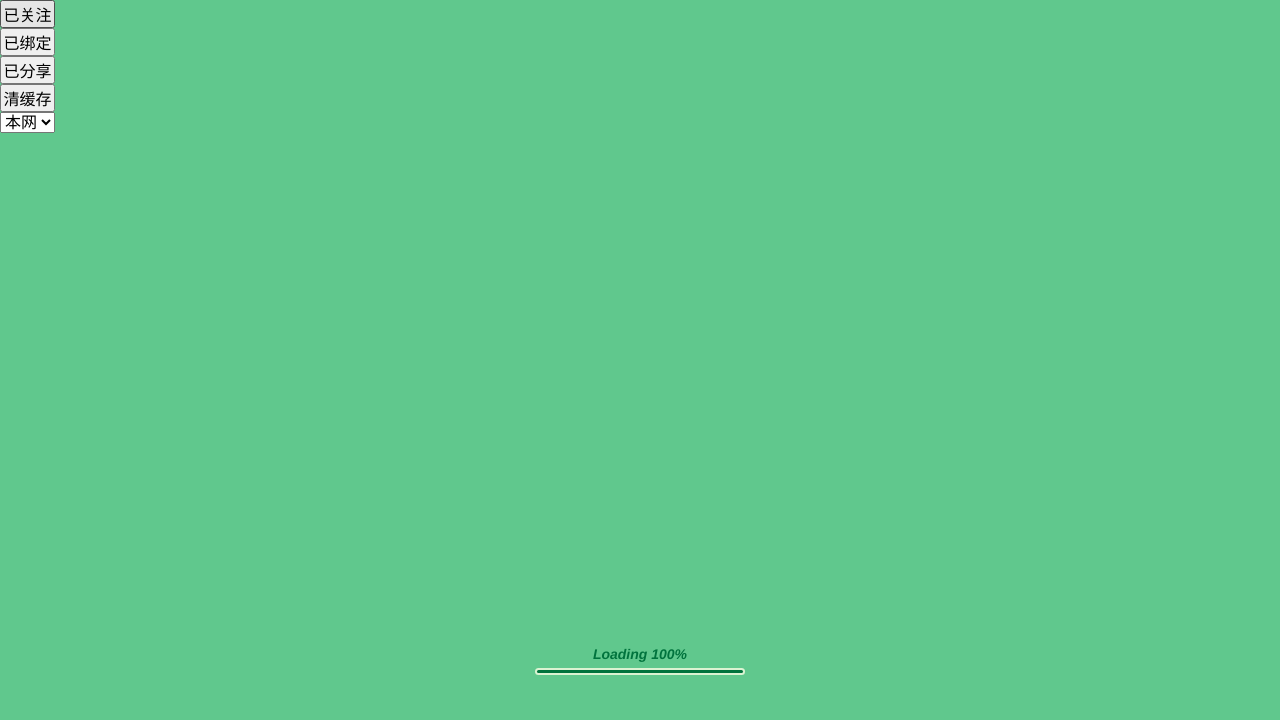
Repository: wangbiaozy/tq
Page: index.html
An editor plug-in stored every save of this project. The page is shown before and after the next save, followed by the edit.
The browser window is 1280 px wide. The pictures show the whole page.
The style sheet was rebuilt from its Sass, Less or Tailwind sources for each picture, by a compiler version that may differ from the author's.

Above is the page before, as saved 2019-03-20 16:03:53.

### index.html
<!DOCTYPE html>
<html>

<head>
    <meta http-equiv="Content-Type" content="text/html; charset=utf-8" />
    <meta name="viewport" content="width=device-width,minimum-scale=1.0,maximum-scale=1.0,user-scalable=no" />
    <meta http-equiv="Cache-Control" content="no-siteapp" />
    <meta name="apple-mobile-web-app-capable" content="yes">
    <meta name="apple-mobile-web-app-status-bar-style" content="black">
    <meta name="format-detection" content="telephone=no" />
    <title>踏青</title>
    <link rel="stylesheet" href="css/reset.min.css">
    <link rel="stylesheet" href="css/swiper.min.css">
    <link rel="stylesheet" href="css/style.css">
    <script src="js/jquery-1.10.1.min.js"></script>
    <script src="js/imgLoader.js"></script>
    <script src="js/swiper.min.js"></script>
    <script>
        imgLoader([
            'images/bottom_bg.png',
            'images/btn_fri.png',
            'images/btn_jn.png',
            'images/btn_look.png',
            'images/btn_nothing.png',
            'images/con_bg.png',
            'images/default.jpg',
            'images/erweima_bg_01.png',
            'images/erweima_bg_02.png',
            'images/erweima.jpg',
            'images/feiliao.png',
            'images/fl.png',
            'images/fl_0.png',
            'images/flower_0.png',
            'images/flower_1.png',
            'images/flower_2.png',
            'images/flower_3.png',
            'images/flower_4.png',
            'images/flower_5.png',
            'images/flower_6.png',
            'images/flower_end_1.png',
            'images/flower_end_2.png',
            'images/flower_end_3.png',
            'images/flower_end_4.png',
            'images/flower_end_5.png',
            'images/flower_end_6.png',
            'images/flower_fir.png',
            'images/flower_sec.png',
            'images/flower_tc_1.png',
            'images/flower_tc_2.png',
            'images/flower_tc_3.png',
            'images/flower_tc_4.png',
            'images/flower_tc_5.png',
            'images/flower_tc_6.png',
            'images/flower.png',
            'images/fri_default.png',
            'images/fri_fl.png',
            'images/fri_sh.png',
            'images/fri_tc.png',
            'images/fri_text_box.png',
            'images/fri_yg.png',
            'images/gift_list.png',
            'images/gift_title.png',
            'images/main_bg_01.png',
            'images/main_bg_02.png',
            'images/main_bg_03.png',
            'images/main_flower.png',
            'images/mess_off.png',
            'images/mess_on.png',
            'images/mess_tc.png',
            'images/method_bg_01.png',
            'images/method_bg_02.png',
            'images/method_bg_03.png',
            'images/method_bg_04.png',
            'images/method_bg_05.png',
            'images/rule_box.png',
            'images/rule_btn.png',
            'images/sh.png',
            'images/sh_0.png',
            'images/share.png',
            'images/shou.png',
            'images/shuihu.png',
            'images/start_btn.png',
            'images/sun.png',
            'images/tc_0_bg.png',
            'images/tc_2_bg.png',
            'images/tc_banner.png',
            'images/tc_firbg.png',
            'images/title_hy.png',
            'images/top_bg_01.png',
            'images/top_bg_02.png',
            'images/yg.png',
            'images/yg_0.png',
            'images/zhongzi.png'
        ], function (percentage) {
            var percentT = percentage * 100;
            $('.loader_info').html('Loading ' + (parseInt(percentT)) + '%');
            $('.loader_progress')[0].style.width = percentT + '%';
            if (percentage == 1) {
                /* $('.loader').remove();
                $('#begin').show(); */
            }
        });
    </script>
</head>
<body>
    <!-- 测试 -->
    <div style="position:absolute;z-index: 999999;color:red;    display: flex;
        flex-direction:column;">

        <button class="ljgz" style="font-size:16px">已关注</button>
        <button class="jb_mobile" style="font-size:16px">已绑定</button>
        <button class="li_share" style="font-size:16px">已分享</button>
        <button class="qing" style="font-size:16px">清缓存</button>
        <select class="select_wang" style="font-size:16px;">
            <option value="0">本网</option>
            <option value="1">异网</option>
        </select>
    </div>
    <!--loading-->
    <section class="loader">
        <div class="loader_info"></div>
        <div>
            <div class="loader_progress"></div>
        </div>
    </section>
    <!--首页  -->
    <section class="page" id='begin'>
        <div>
            <a href="javascript:void(0);" class="rule"></a>
        </div>
        <div class="page_two">
            <div>
                <span></span>
                <span></span>
            </div>

            <div>
                <a href="javascript:void(0);" class="start_game"></a>
            </div>
            <div></div>
        </div>

    </section>
    <!-- 共同背景(主页、绑定手机号) -->
    <section class="main ti_bg">
        <div></div>
        <div></div>
        <div></div>
        <div></div>
        <div></div>
        <div></div>
        <!-- 叶子两边 -->
        <div class="leaf ">
            <div></div>
            <div></div>
        </div>
    </section>
    <!--主页内容  -->
    <div class="main_content">
        <div>
            <a href="javascript:void(0);" class="rule"></a>
        </div>
        <div>
            <img src="./images/main_02.png" alt="">
            <p class="right_question">恭喜您本次答对了
                <span> XX</span>道题
                <br>当前已解锁
                <span>XX</span>地标 点击地标可查看神秘档案
            </p>
            <img src="./images/main_02.png" alt="">
        </div>
        <div>
            <ul class="show_card">
                <li></li>
                <li></li>
                <li></li>
                <li></li>
                <li></li>
                <li></li>
                <li></li>
                <li></li>
                <li></li>
            </ul>
        </div>
        <div>
            <span></span>
            <!-- 重新答题 -->
            <div class="again"></div>
        </div>
        <!-- 礼盒 -->
        <div class="lihe">
            <div>
                <div class="x_unclaimed"></div>
                <div class="receive_left">点击领取</div>
                <p>答对6~8题</p>
            </div>
            <div>
                <div class="d_unclaimed"></div>
                <div class="receive_right">点击领取</div>
                <p>答对9题</p>
            </div>
        </div>
    </div>
    <!-- 绑定手机号内容 -->
    <div class="bind">
        <div>
            <span></span>
        </div>
        <div>
            <p>尊敬的用户，您还没有绑定手机号码哦！
                <br /> 快来在下方完成您的绑定吧～
            </p>
            <div>
                <div>
                    <label for="">手机号码：</label>
                    <input type="text" maxlength="11">
                </div>
                <div>
                    <label for="">验证码：</label>
                    <input type="text">
                    <span>获取验证码</span>
                </div>

            </div>
            <!-- 提交 -->
            <div class="submit_form"></div>
            <a href="javascript:void(0);">关联说明服务</a>
        </div>
    </div>
    <!-- 九道题 -->
    <div class="topic">
        <div>
            <div>
                <div>
                    <img src="./images/ti_jin_ren.png" alt="" class="small_people">
                </div>
                <ul class="progress_bar">
                    <li>
                        <span></span>
                        <!-- <p>
                                <span></span>
                                <span class="jindut_color"></span>
                            </p> -->
                    </li>
                    <li>
                        <span></span>
                    </li>
                    <li>
                        <span></span>
                    </li>
                    <li>
                        <span></span>
                    </li>
                    <li>
                        <span></span>

                    </li>
                    <li>
                        <span></span>

                    </li>
                    <li>
                        <span></span>
                    </li>
                    <li>
                        <span></span>
                    </li>
                    <li>
                        <span></span>
                    </li>
                </ul>
            </div>
        </div>
        <div>
            <div class="swiper-container">
                <div class="swiper-wrapper" style="width:6.2rem !important">
                    <!-- 第一道题 -->
                    <div class="swiper-slide  swiper-no-swiping topic_content">
                        <div></div>
                        <!-- 图片区域 -->
                        <div class="show_img">
                            <div>
                                <img src="./images/ti_01_01.png" alt="">
                            </div>
                        </div>
                        <!-- 选题 -->
                        <div class="topic_list list_1">
                            <div>
                                <span>A&nbsp;.&nbsp;孔庙</span>
                                <span></span>
                            </div>
                            <div>
                                <span>B&nbsp;.&nbsp;故宫</span>
                                <span></span>
                            </div>
                            <div>
                                <span>C&nbsp;.&nbsp;颐和园</span>
                                <span></span>
                            </div>
                            <input type="hidden" value="B">
                        </div>
                    </div>
                    <!-- 第二道题 -->
                    <div class="swiper-slide  swiper-no-swiping topic_content">
                        <div></div>
                        <!-- 图片区域 -->
                        <div class="show_img">
                            <div>
                                <img src="./images/ti_02_01.png" alt="">
                            </div>
                        </div>
                        <!-- 选题 -->
                        <div class="topic_list list_2">
                            <div>
                                <span>A&nbsp;.&nbsp;天安门</span>
                                <span></span>
                            </div>
                            <div>
                                <span>B&nbsp;.&nbsp;历史博物馆</span>
                                <span></span>
                            </div>
                            <div readonly>
                                <span>C&nbsp;.&nbsp;东岳庙</span>
                                <span></span>
                            </div>
                            <input type="hidden" value="A">
                        </div>
                    </div>
                    <!-- 第三道题 -->
                    <div class="swiper-slide  swiper-no-swiping topic_content">
                        <div></div>
                        <!-- 图片区域 -->
                        <div class="show_img">
                            <div>
                                <img src="./images/ti_03_01.png" alt="">
                            </div>
                        </div>
                        <!-- 选题 -->
                        <div class="topic_list list_3">
                            <div>
                                <span>A&nbsp;.&nbsp;北海</span>
                                <span></span>
                            </div>
                            <div>
                                <span>B&nbsp;.&nbsp;潭拓寺</span>
                                <span></span>
                            </div>
                            <div readonly>
                                <span>C&nbsp;.&nbsp;红螺寺</span>
                                <span></span>
                            </div>
                            <input type="hidden" value="A">
                        </div>
                    </div>
                    <!-- 第四道题 -->
                    <div class="swiper-slide  swiper-no-swiping topic_content">
                        <div></div>
                        <!-- 图片区域 -->
                        <div class="show_img">
                            <div>
                                <img src="./images/ti_04_01.png" alt="">
                            </div>
                        </div>
                        <!-- 选题 -->
                        <div class="topic_list list_4">
                            <div>
                                <span>A&nbsp;.&nbsp;十渡</span>
                                <span></span>
                            </div>
                            <div>
                                <span>B&nbsp;.&nbsp;张家界</span>
                                <span></span>
                            </div>
                            <div readonly>
                                <span>C&nbsp;.&nbsp;长城</span>
                                <span></span>
                            </div>
                            <input type="hidden" value="C">
                        </div>
                    </div>
                    <!-- 第五道题 -->
                    <div class="swiper-slide  swiper-no-swiping topic_content">
                        <div></div>
                        <!-- 图片区域 -->
                        <div class="show_img">
                            <div>
                                <img src="./images/ti_05_01.png" alt="">
                            </div>
                        </div>
                        <!-- 选题 -->
                        <div class="topic_list list_5">
                            <div>
                                <span>A&nbsp;.&nbsp;日坛</span>
                                <span></span>
                            </div>
                            <div>
                                <span>B&nbsp;.&nbsp;八大处</span>
                                <span></span>
                            </div>
                            <div readonly>
                                <span>C&nbsp;.&nbsp;天坛</span>
                                <span></span>
                            </div>
                            <input type="hidden" value="C">
                        </div>
                    </div>
                    <!-- 第六道题 -->
                    <div class="swiper-slide  swiper-no-swiping topic_content">
                        <div></div>
                        <!-- 图片区域 -->
                        <div class="show_img">
                            <div>
                                <img src="./images/ti_06_01.png" alt="">
                            </div>
                        </div>
                        <!-- 选题 -->
                        <div class="topic_list list_6">
                            <div>
                                <span>A&nbsp;.&nbsp;香山</span>
                                <span></span>
                            </div>
                            <div>
                                <span>B&nbsp;.&nbsp;古水北镇</span>
                                <span></span>
                            </div>
                            <div readonly>
                                <span>C&nbsp;.&nbsp;玉渊潭</span>
                                <span></span>
                            </div>
                            <input type="hidden" value="A">
                        </div>
                    </div>
                    <!-- 第七道题 -->
                    <div class="swiper-slide  swiper-no-swiping topic_content">
                        <div></div>
                        <!-- 图片区域 -->
                        <div class="show_img">
                            <div>
                                <img src="./images/ti_07_01.png" alt="">
                            </div>
                        </div>
                        <!-- 选题 -->
                        <div class="topic_list list_7">
                            <div>
                                <span>A&nbsp;.&nbsp;赵州桥</span>
                                <span></span>
                            </div>
                            <div>
                                <span>B&nbsp;.&nbsp;卢沟桥</span>
                                <span></span>
                            </div>
                            <div readonly>
                                <span>C&nbsp;.&nbsp;银锭桥</span>
                                <span></span>
                            </div>
                            <input type="hidden" value="B">
                        </div>
                    </div>
                    <!-- 第八道题 -->
                    <div class="swiper-slide  swiper-no-swiping topic_content">
                        <div></div>
                        <!-- 图片区域 -->
                        <div class="show_img">
                            <div>
                                <img src="./images/ti_08_01.png" alt="">
                            </div>
                        </div>
                        <!-- 选题 -->
                        <div class="topic_list list_8">
                            <div>
                                <span>A&nbsp;.&nbsp;清华园</span>
                                <span></span>
                            </div>
                            <div>
                                <span>B&nbsp;.&nbsp;颐和园</span>
                                <span></span>
                            </div>
                            <div readonly>
                                <span>C&nbsp;.&nbsp;圆明园</span>
                                <span></span>
                            </div>
                            <input type="hidden" value="A">
                        </div>
                    </div>
                    <!-- 第九道题 -->
                    <div class="swiper-slide  swiper-no-swiping topic_content">
                        <div></div>
                        <!-- 图片区域 -->
                        <div class="show_img">
                            <div>
                                <img src="./images/ti_09_01.png" alt="">
                            </div>
                        </div>
                        <!-- 选题 -->
                        <div class="topic_list list_9">
                            <div>
                                <span>A&nbsp;.&nbsp;陶然亭</span>
                                <span></span>
                            </div>
                            <div>
                                <span>B&nbsp;.&nbsp;朝阳公园</span>
                                <span></span>
                            </div>
                            <div readonly>
                                <span>C&nbsp;.&nbsp;圆明园</span>
                                <span></span>
                            </div>
                            <input type="hidden" value="C">
                        </div>
                    </div>
                </div>
            </div>
            <a href="javascript:void(0);"></a>
        </div>
    </div>
    <!-- 提示 -->
    <section class="pop pop_att">
        <div>
            <p>这是哪里</p>
            <div>
                <p>提示：</p>
                <ul>
                    <li>1.国家宝藏</li>
                    <li>2.延禧宫</li>
                    <li>3.御花园</li>
                </ul>
            </div>
        </div>
        <div class="close guessed">猜到了</div>
    </section>
    <!-- 本网弹窗 -->
    <section class="pop pop_benw">
        <div>
            <div>
                <p>恭喜您的号码
                    <br>
                    <span>15910943650</span>
                </p>
                <p> 获得
                    <span>500MB</span> 全国流量 </p>
                <p>流量将于15日内到账
                    <br> 有效期：7天
                    <br> （流量到账后，立即生效）</p>
            </div>
            <a href="javascript:void(0);"></a>
        </div>
        <div class="close">确定</div>
    </section>
    <!-- 异网弹窗1 -->
    <section class="pop  pop_yio">
        <div>
            <p>恭喜您的号码
                <br>
                <span>15910943650</span>
            </p>
            <p> 获得
                <span>500MB</span> 全国流量
                <br> 您可以转赠到北京移动号码内
            </p>
            <p> （流量仅可在活动期间进行转赠）</p>
        </div>
        <div>
            <span>取消</span>
            <span>转增</span>
        </div>
    </section>
    <!-- 异网弹窗2 -->
    <section class="pop pop_yit">
        <div>
            <p>请输入好友北京移动手机号码</p>
            <div>
                <label for="">手机号码</label>
                <input type="text" maxlength="11">
            </div>
            <p>（流量仅可在活动期间进行转赠）</p>
        </div>
        <div class="close">确定</div>
    </section>
    <!-- 异网弹窗3 -->
    <section class="pop  pop_yith">
        <div>
            <p>信息确认</p>
            <p> 您是否将
                <br>
                <span>1GB</span> 全国流量
                <br> 转赠到手机号码
                <br>
                <span>15910943650 </span>
                <br>账户中
            </p>
            <p> （点击确认后，信息将不可更改）</p>
        </div>
        <div>
            <span>更改</span>
            <span>确定</span>
        </div>
    </section>
    <!-- 异网弹窗4 -->
    <section class="pop pop_yif">
        <div>
            <div>
                <p>
                    您已将
                    <br>
                    <span>500MB</span>全国流量
                    <br> 转赠到手机号码
                    <br>
                    <span>15910943650</span>账户中
                </p>
                <p>流量将于15日内到账
                    <br> 有效期：7天
                    <br>（流量到账后，立即生效）
                </p>
            </div>
            <a href="javascript:void(0);"></a>
        </div>
        <div class="close">确定</div>
    </section>
    <!-- 点击大小礼包 -->
    <section class="pop libao">
        <div>
            <p>您还没有答对
                <br>
                <span class="timu_number">6道及6道以上</span>的地标问题
                <br> 还不能抽奖哦~ </p>
            <p>快来邀请小伙伴一起参加
                <br> 解锁后可以重新答题啦
            </p>
        </div>
        <div class="close">发送好友</div>
    </section>
    <!-- 明信片 -->
    <section class="pop pop_post">
        <div>
            <img src="./images/postcard_01.png" alt="">
        </div>
        <div class="post_cards"></div>
    </section>
    <!-- 分享 -->
    <section class="pop share">
        <div class="share_hide">
            <div></div>
        </div>
    </section>
    <!-- 活动规则 -->
    <section class="pop pop_rule">
        <div>
            <ul>
                <li>
                    <span> 一 活动时间：</span>
                    <br> 即日起——4月8日
                </li>
                <li>
                    <span>二 活动介绍：</span>
                    <br> 活动期间，用户通过北京移动微信公众号，可参与“踏青游北京”活动。每个用户初始有一次免费答题的机会，将活动分享给好友，即可解锁无限答题机会。活动中共有
                    9道关于北京著名景点的测试题。用户答对6道题及6道题以上，可获得一次抽奖机会；答对9道题，可获得二次抽奖机会。每个用户最多可参与两次抽奖。
                    北京移动用户抽中流量奖品后，自动充入关注绑定账户。 非北京移动用户抽中流量奖品后可以转赠给北京移动手机号码。
                </li>
                <li>
                    <span>三 奖品规则：</span>
                    <br> 活动奖品包含： 200MB、500MB、1GB、2GB、5GB全国流量，及部分免费业务体验资格、优惠业务办理资格。
                    <br> （一）流量奖品
                    <br> 1. 流量档位包括200MB、500MB、1GB、2GB、5GB全国流量；
                    <br> 2. 奖品将于领取后15日内，自动充入用户的微信关注绑定手机号，流量自充入日起生效，有效期7天；
                    <br> 3. 获赠流量使用优先级高于主套餐、可选包及部分定向流量包，赠送流量无法共享，不可结转；
                    <br> 4. 处于保留期、保号期、挂失、申停、欠停、转品牌过渡期的手机号；物联网卡、4G超级日租卡套餐、神州行开心听、语音套餐卡、神州行B标准资费基本策划等特殊资费用户无法领取赠送流量；
                    <br> 5. 赠送流量每月仅可领取100次，超出上限不可领取。
                    <br>

                </li>
                <li>
                    （二）其它奖品
                    <br> 规则详见各奖品办理页面

                </li>
                <li>温馨提示：活动将于4月8日结束，请您务必于活动结束前完成领奖，逾期视为自动放弃奖品。</li>
            </ul>
        </div>
        <div class="ru_close"></div>
    </section>
    <!-- 关注 -->
    <section class="pop pop_attention">
        <div class="attention">
            <p>亲爱的用户
                <br /> 小伙伴们踏青活动开始啦！
                <br> 看看你对北京的了解程度
                <br> 答完题还有好礼等着你哦~
            </p>
            <p></p>
            <p>长按图片，识别图中二维码-关注公众号在【优惠】菜单中可参加优惠哦</p>
        </div>
    </section>
    <!-- 遮罩层 -->
    <div class="cover"></div>
</body>

</html>
<script src="js/index.js"></script>

Loaded but not shown: css/swiper.min.css (library); js/jquery-1.10.1.min.js (library); js/swiper.min.js (library); js/index.js (443 lines, source omitted); js/imgLoader.js (49 lines, source omitted); css/style.less (1161 lines, source omitted); css/reset.min.css (4 lines, source omitted)

After the next save:
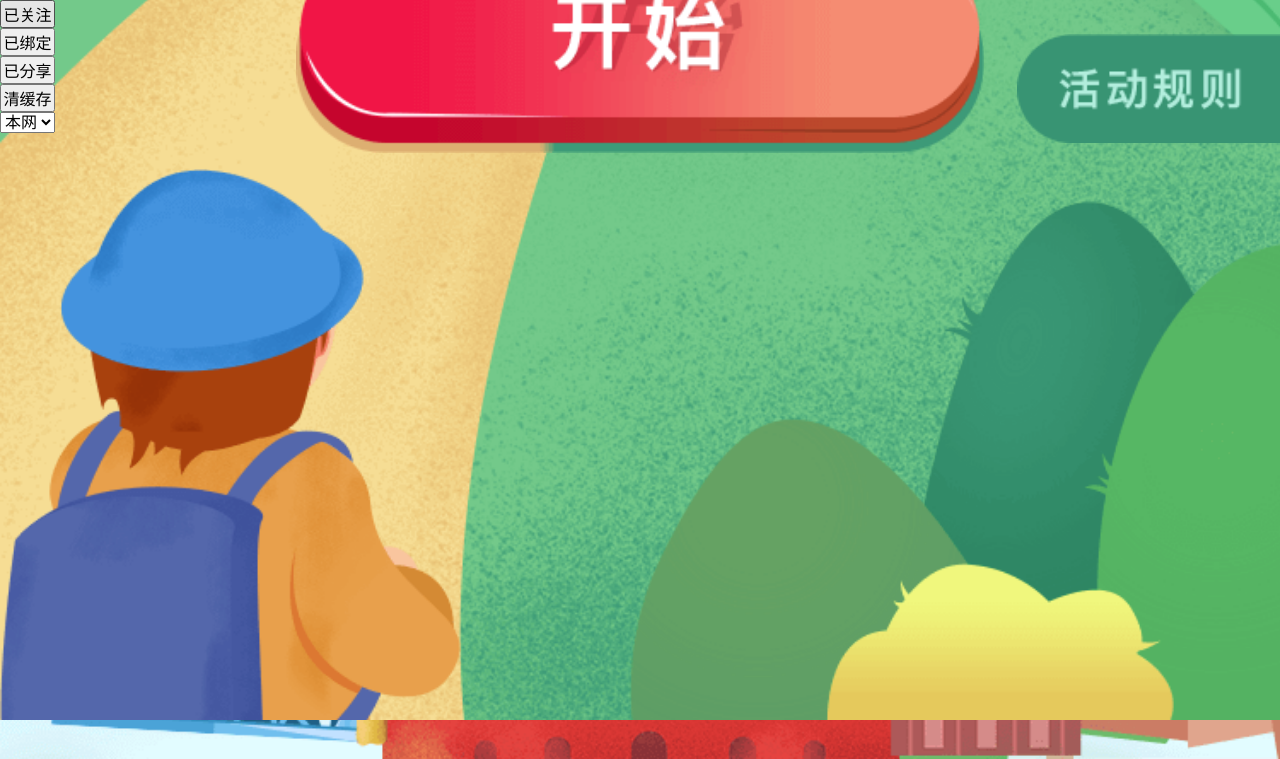
Saved 15 s later.
--- a/index.html
+++ b/index.html
@@ -96,8 +96,8 @@
             $('.loader_info').html('Loading ' + (parseInt(percentT)) + '%');
             $('.loader_progress')[0].style.width = percentT + '%';
             if (percentage == 1) {
-                /* $('.loader').remove();
-                $('#begin').show(); */
+                $('.loader').remove();
+                $('#begin').show();
             }
         });
     </script>
